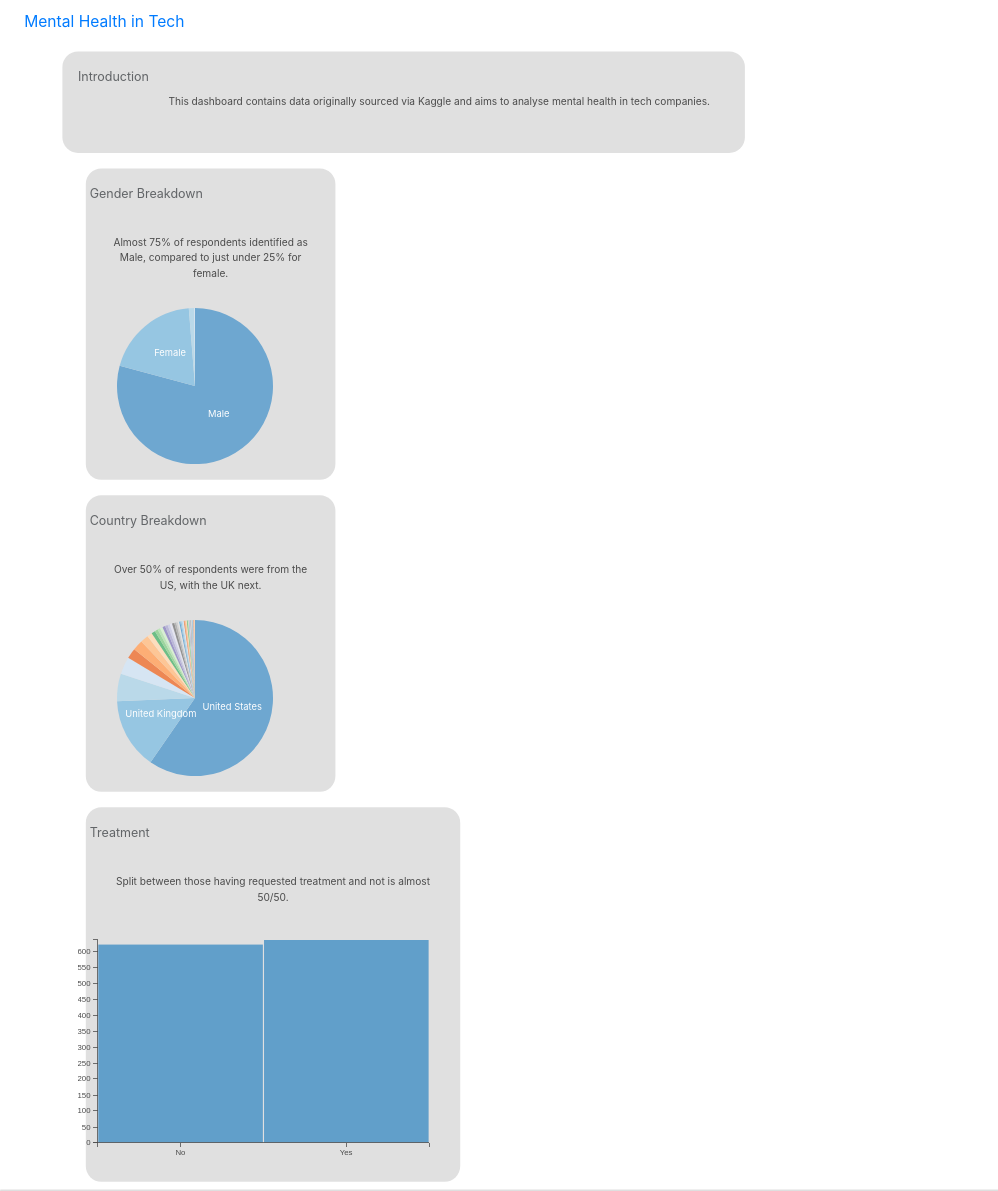
Repository: martingr1/mhdashboard
Page: index.html
The author's editor kept a record of every edit. The page is drawn from the files as they stood at one moment, then again after the next edit.
The browser window is 1280 px wide. The pictures show the whole page, at 78% of full size.
Some web libraries are served in a nearby version.

Above is the page before.

After the next edit:
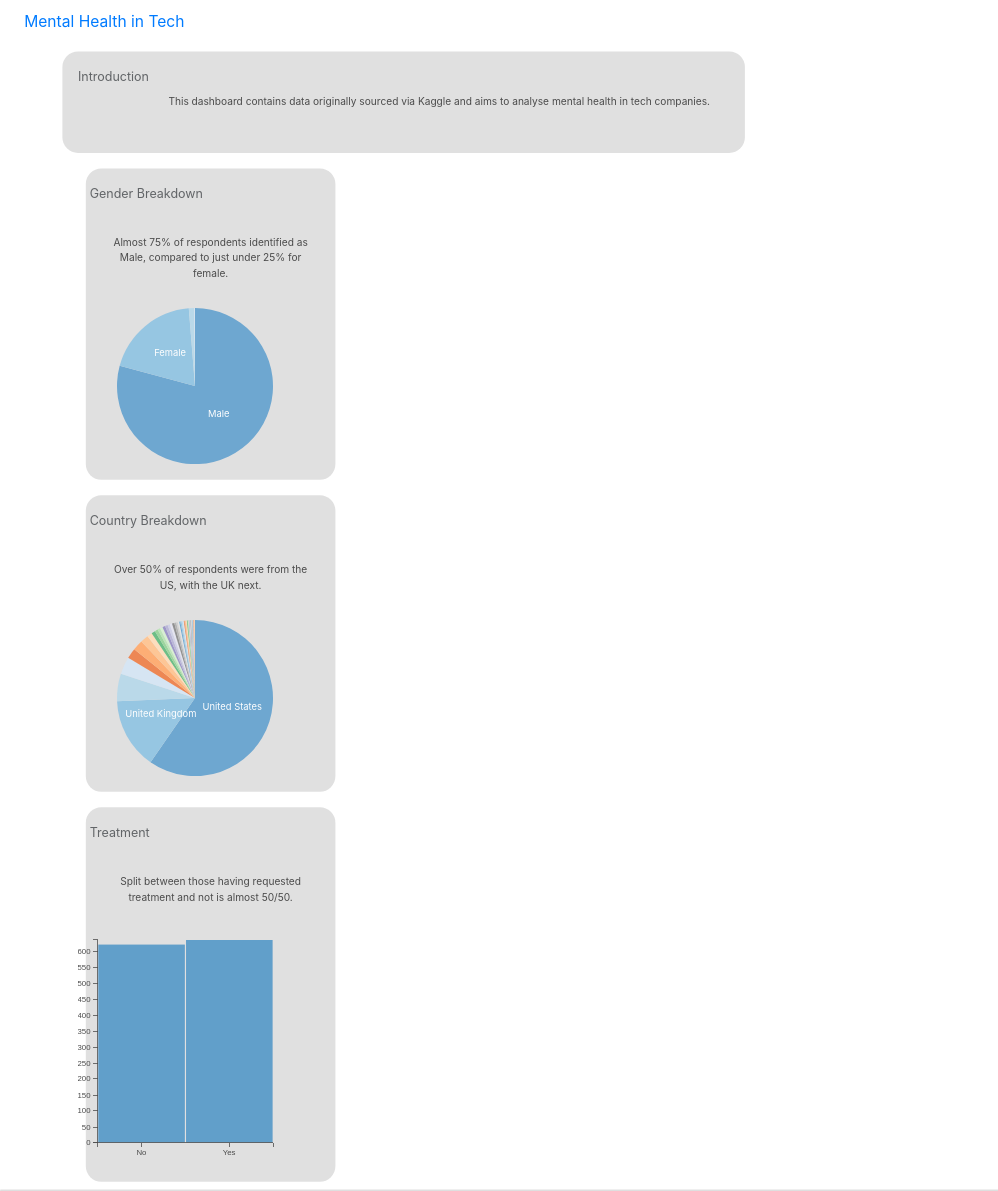
The edit:
--- a/static/js/graph.js
+++ b/static/js/graph.js
@@ -44,6 +44,21 @@
         .group(group);
 }
 
+function show_treatment_levels(ndx) {
+
+    var dim = ndx.dimension(dc.pluck("treatment"));
+    var group = dim.group();
+
+    dc.barChart('#treatment_chart')
+        .width(300)
+        .height(300)
+        .margins({ top: 10, right: 50, bottom: 30, left: 25 })
+        .dimension(dim)
+        .group(group)
+        .x(d3.scale.ordinal())
+        .xUnits(dc.units.ordinal)
+}
+
 /* function show_average_age(ndx) {
 
     var gender_dim = ndx.dimension(dc.pluck("gender"));
@@ -88,18 +103,3 @@
         .xUnits(dc.units.ordinal)
         .xAxisLabel("Gender")
 } */
-
-function show_treatment_levels(ndx) {
-
-    var dim = ndx.dimension(dc.pluck("treatment"));
-    var group = dim.group();
-
-    dc.barChart('#treatment_chart')
-        .width(500)
-        .height(300)
-        .margins({ top: 10, right: 50, bottom: 30, left: 25 })
-        .dimension(dim)
-        .group(group)
-        .x(d3.scale.ordinal())
-        .xUnits(dc.units.ordinal)
-}
